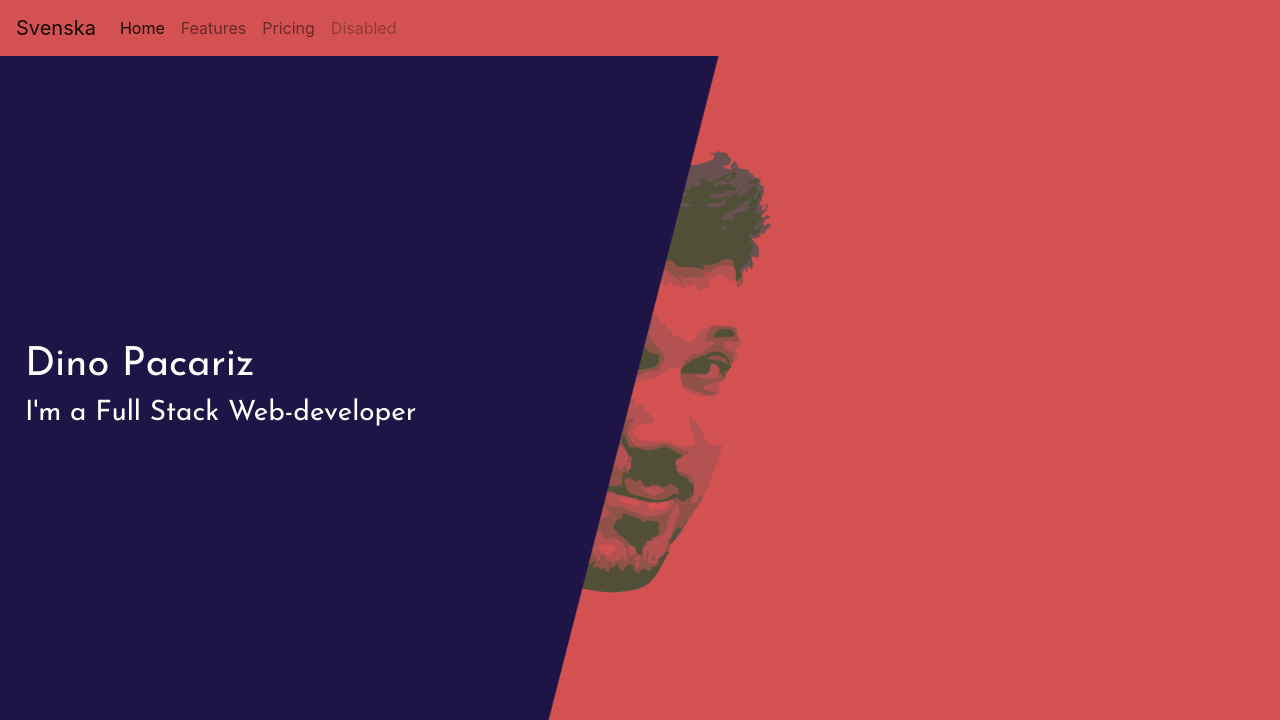
Repository: ImDino/Portfolio
Page: index.html
The author's editor kept a copy of each file at every save. The page is drawn from the files as they stood at one save, then again after the next save.
The browser window is 1280 px wide. The pictures show the whole page.
Some web libraries are served in a nearby version. The style sheet was rebuilt from its Sass, Less or Tailwind sources for each picture, by a compiler version that may differ from the author's.

Above is the page before, as saved 2020-11-04 12:57:56.

After the next save:
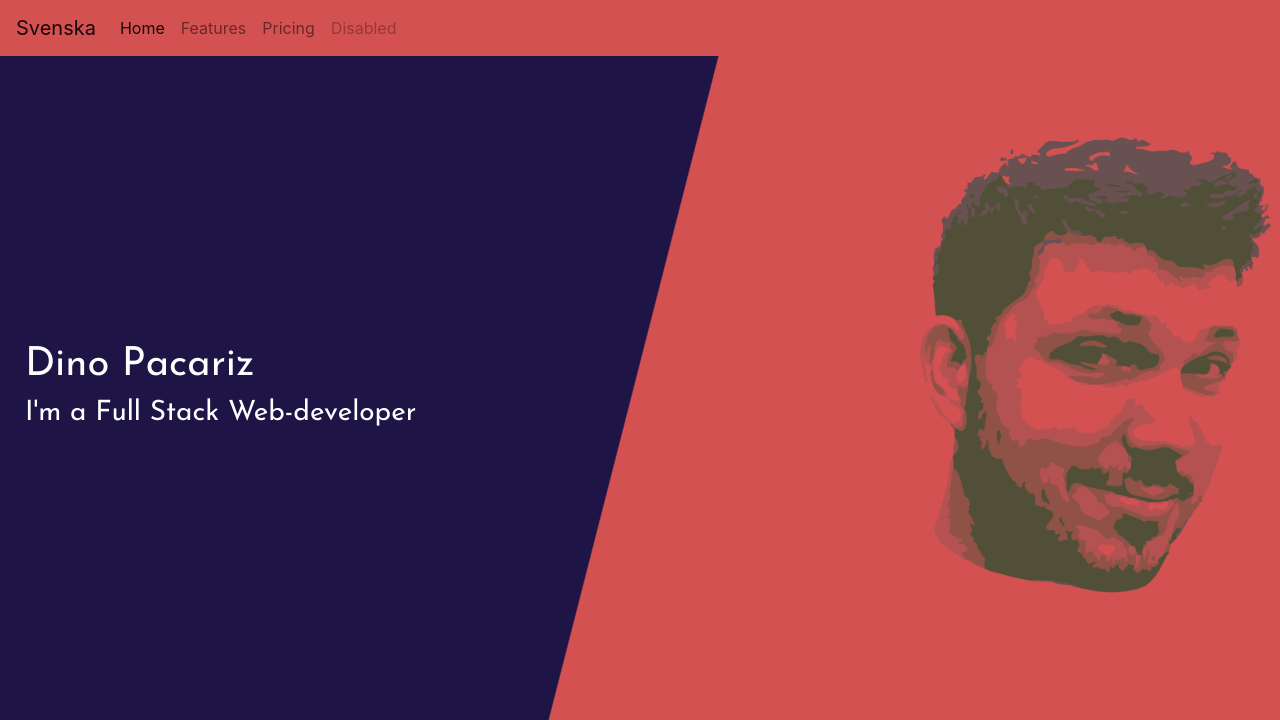
Saved 85 s later.
--- a/scss/main.scss
+++ b/scss/main.scss
@@ -43,7 +43,7 @@ body {
     bottom: 0;
     left: 0;
     right: 0;
-    margin-right: 500px;
+    // margin-right: 500px;
     background: url('/img/vectorFace.png') no-repeat;
     background-color: #D45151;
     z-index: -2;
